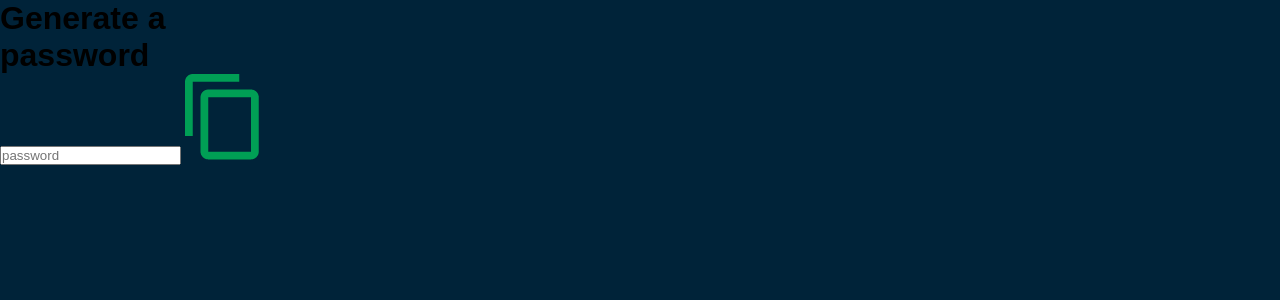
Repository: YAAMAR/password-generator
Page: Random password/index.html
The author's editor kept a copy of each file at every save. The page is drawn from the files as they stood at one save, then again after the next save.
The browser window is 1280 px wide. The pictures show the whole page.

Above is the page before, as saved 2024-05-02 18:53:05.

### Random password/index.html
<!DOCTYPE html>
<html lang="en">
<head>
    <meta charset="UTF-8">
    <meta name="viewport" content="width=device-width, initial-scale=1.0">
    <title>Random Password Generator-Easy Tutorials</title>
    <link rel="stylesheet" href="style.css">
</head>
<body>
    <div class="container">

        <h1>Generate a <br>password</h1>
        <div class="display">

            <input type="text" id="password" placeholder="password">
            <img src="images/copy.png">
        </div>
    </div>
</body>
</html>

### Random password/style.css
*{
    margin: 0;
    padding: 0;
    font-family: 'poppins',sans-serif;
    box-sizing: border-box;
}
body{
    background: #002339;
    color: #;
}

After the next save:
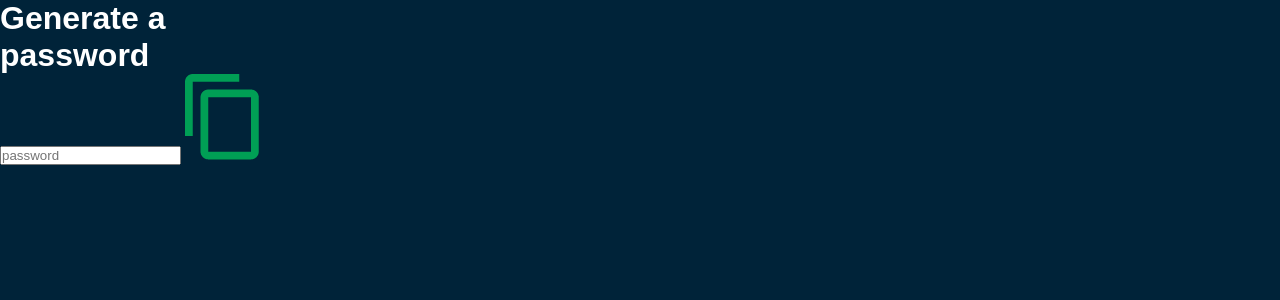
Saved 14 s later.
--- a/Random password/style.css
+++ b/Random password/style.css
@@ -6,5 +6,5 @@
 }
 body{
     background: #002339;
-    color: #;
+    color: #fff;
 }
